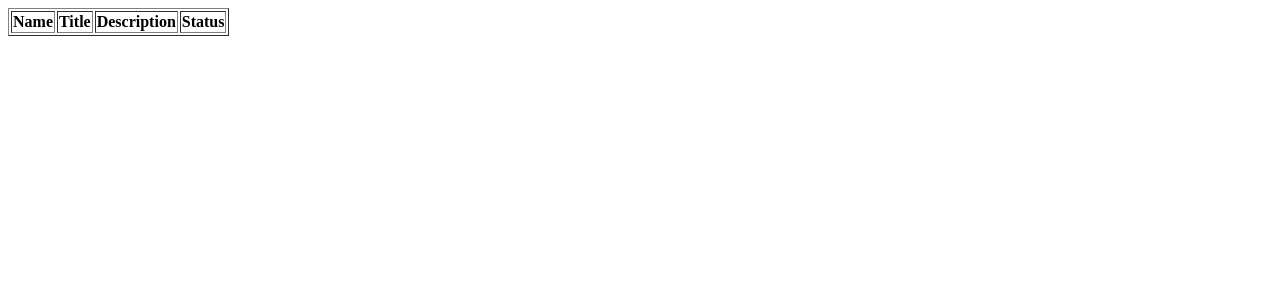
Repository: ARUN-YERRAM/Fs-Kmit
Page: index.html
The author's editor kept a copy of each file at every save. The page is drawn from the files as they stood at one save, then again after the next save.
The browser window is 1280 px wide. The pictures show the whole page.

Above is the page before, as saved 2024-12-14 15:12:14.

After the next save:
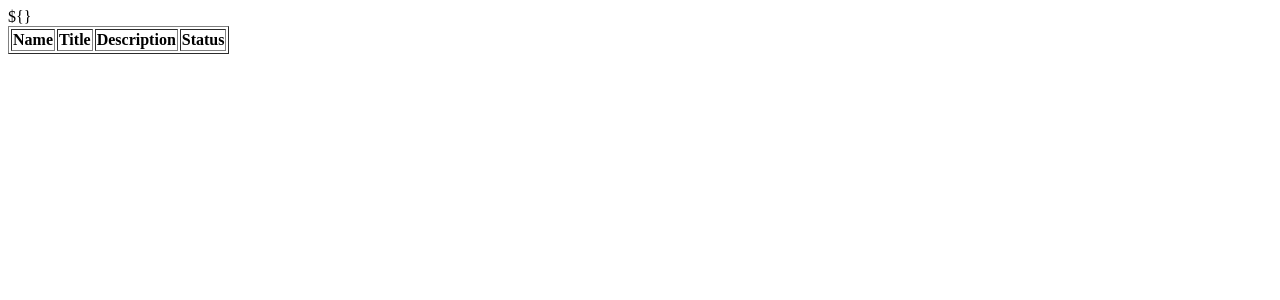
Saved 8 min 48 s later.
--- a/index.html
+++ b/index.html
@@ -19,7 +19,7 @@
 
         <tbody>
             <!--  -->
-
+            ${}
         </tbody>
         <script href="./app.js"></script>
     </table>
